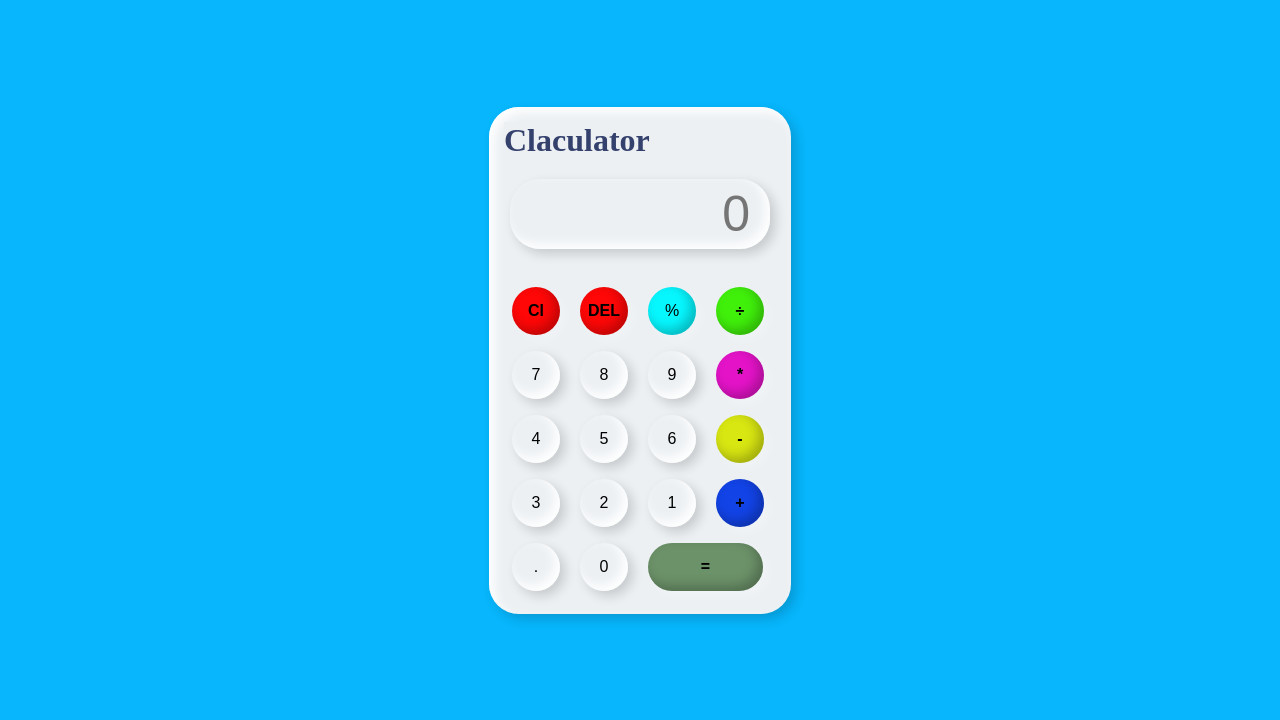
Repository: Mayur2905/OIBSIP
Page: Task-3/index.html
These files come from the project's save history. The page is drawn as it stood at one moment and after the next save; the edit follows.
The browser window is 1280 px wide. The pictures show the whole page.

Above is the page before, as saved 2022-02-02 19:14:14.

After the next save:
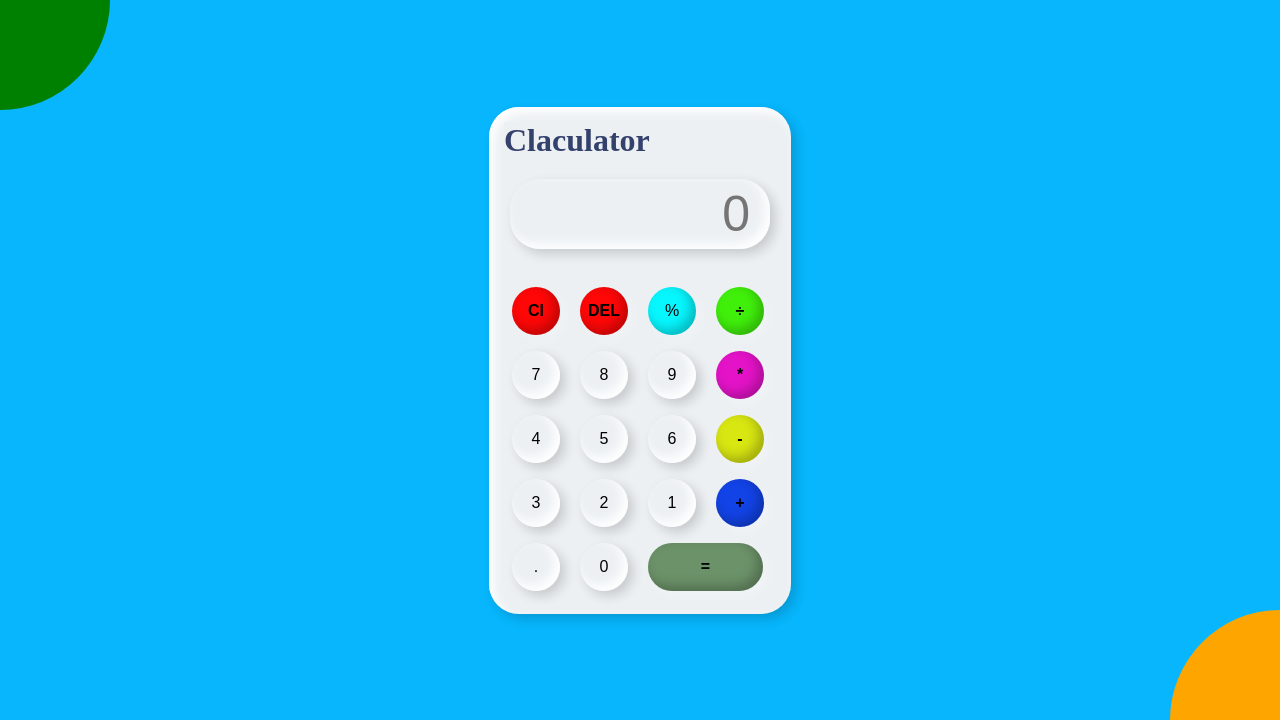
Saved 102 s later.
--- a/Task-3/index.html
+++ b/Task-3/index.html
@@ -8,7 +8,7 @@
     <link rel="stylesheet" href="style.css">
 </head>
 <body>
-    <div class="container">
+    <div class="container bg-balls">
         <div class="calculator">
             <h1>Claculator</h1>
             <input type="text" placeholder="0" id="output-screen">
